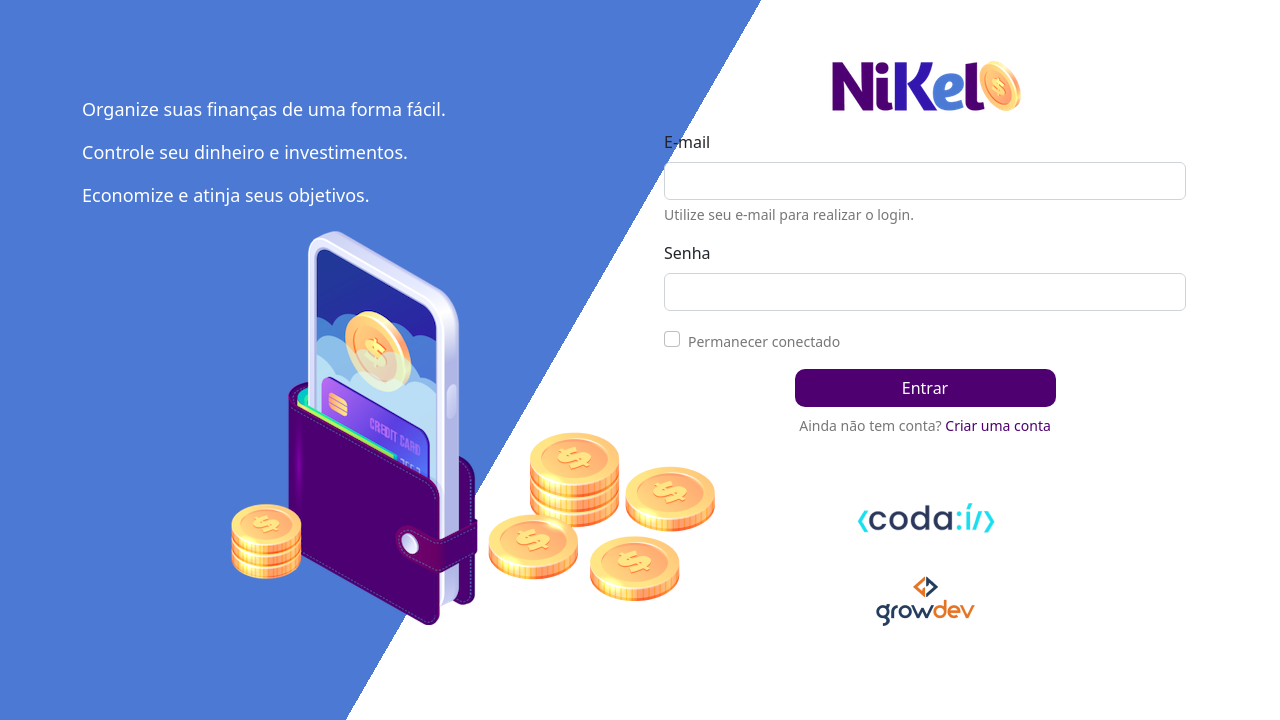
Repository: tiagomelosilva/NIKEL
Page: index.html
An editor plug-in stored every save of this project. The page is shown before and after the next save, followed by the edit.
The browser window is 1280 px wide. The pictures show the whole page.

Above is the page before, as saved 2022-09-02 21:25:17.

After the next save:
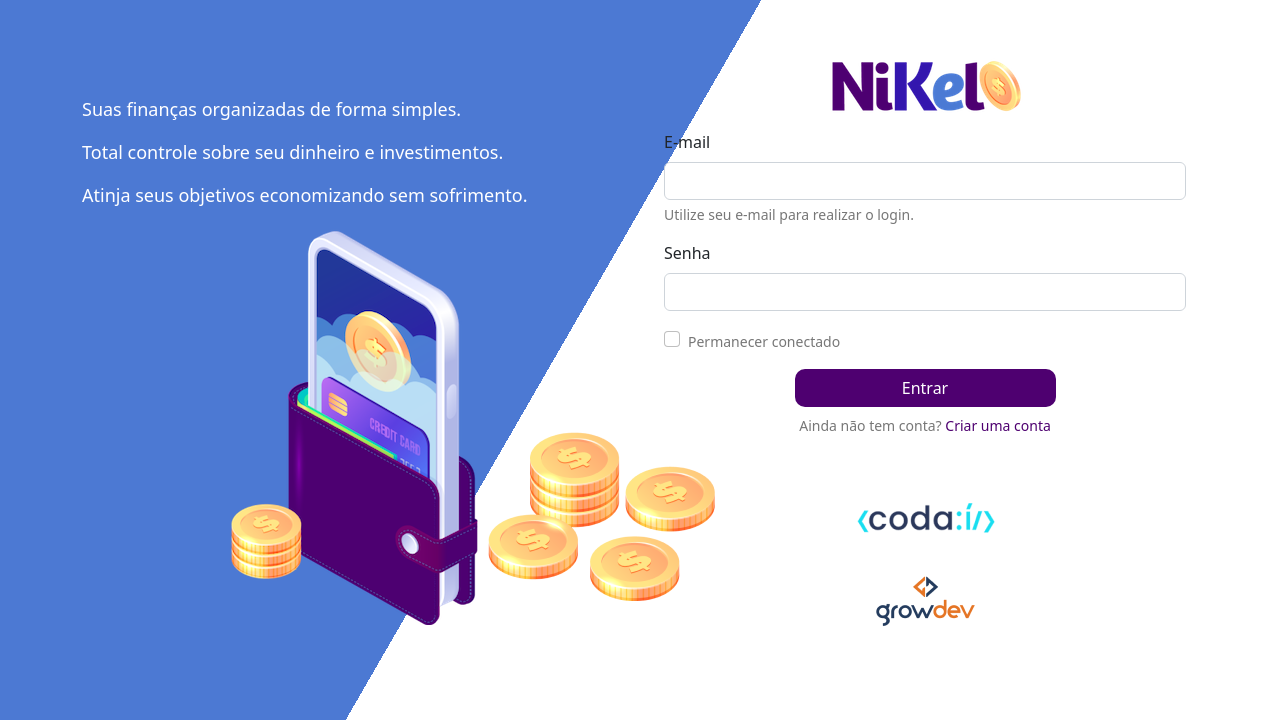
Saved 358 days later.
--- a/index.html
+++ b/index.html
@@ -14,9 +14,9 @@
             <div class="row vh-100">
                 <div class="col d-flex justify-content-center my-5 flex-column">
                     <div class="text-login">
-                        <p>Organize suas finanças de uma forma fácil.</p>
-                        <p>Controle seu dinheiro e investimentos.</p>
-                        <p>Economize e atinja seus objetivos.</p>
+                        <p>Suas finanças organizadas de forma simples.</p>
+                        <p>Total controle sobre seu dinheiro e investimentos.</p>
+                        <p>Atinja seus objetivos economizando sem sofrimento. </p>
                     </div>
                     <div class="text-center">
                         <img src="./public/assets/images/pocket.png" alt="image pocket" class="img-fluid">
